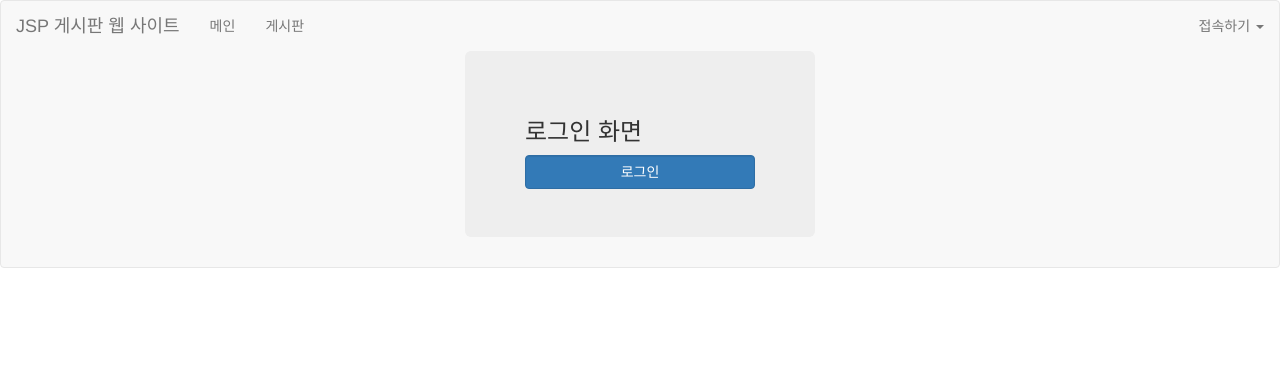
Repository: GorillaDunk/JSP
Page: http://localhost/BBS/login.jsp
An editor plug-in stored every save of this project. The page is shown before and after the next save, followed by the edit.
The browser window is 1280 px wide. The pictures show the whole page.
Some web libraries are served in a nearby version. The page is served by Tomcat 9. Other server files are loaded and not shown.

Above is the page before, as saved 2023-10-14 04:33:37.

### projects/BBS/src/main/webapp/login.jsp
<%@ page language="java" contentType="text/html; charset=UTF-8"
    pageEncoding="UTF-8"%>
<!DOCTYPE html>
<html>
<head>
	<meta charset="UTF-8">
	<meta name="viewport" content="width=device-width", initial-scale="1">
	<link rel="stylesheet" href="css/bootstrap.css">
	<title>JSP 게시판 웹 사이트</title>
</head>
<body>

	<nav class="navbar navbar-default">
		<div class="navbar-header">
			<button type="button" class="navbar-toggle collapsed"
				data-toggle="collapse" data-target="#bs-example-navbar-collapse-1" aria-expanded="false">
				<!-- 이 녀석이 오른쪽에 화면을 줄였을 때 나오는 줄 -->
				<span class="icon-bar"></span>
				<span class="icon-bar"></span>
				<span class="icon-bar"></span>
			</button>
		<a class="navbar-brand" href="main.jsp"> JSP 게시판 웹 사이트 </a>
		</div>



		<div class="collapse navbar-collapse" id="bs-example-navbar-collapse-1">
			<ul class="nav navbar-nav">
				<li> <a href="main.jsp">메인</a></li>
				<li> <a href="bbs.jsp">게시판</a></li>
			</ul>

			<ul class="nav navbar-nav navbar-right">
				<li class="dropdown">
					<a href="#" class="dropdown-toggle"
					data-toggle="dropdown" role="button" aria-haspopup="true" aria-expanded="false"> 접속하기 <span class="caret"></span></a>

					<ul class="dropdown-menu">
						<li class="active"><a href="login.jsp">로그인</a></li>
						<li> <a href="join.jsp">회원가입</a></li>
					</ul>
				</li>
			</ul>
		</div>

	<div class="container">
		<div class="col-lg-4"></div>
			<div class="col-lg-4">
				<div class="jumbotron" style="padding=top:20px;">
					<form method="post" action="loginAction.jsp">
						<h3 style="text-align": center> 로그인 화면</h3>
						<div class="form-group>
							<input type="text" class="form-control" placeholder="아이디" name="userID" maxlength="20">
						</div>
						<div class="form-group>
							<input type="password" class="form-control" placeholder="비밀번호" name="userPassword" maxlength="20">
						</div>
						<input type="submit" class="btn btn-primary form-control" value="로그인">
					</form>
				</div>
			</div>
	</div>



	</nav>


	<script src="https://code.jquery.com/jquery-3.1.1.min.js"></script>
	<script src="js/bootstrap.js"></script>


</body>
</html>

Loaded but not shown: projects/BBS/src/main/webapp/css/bootstrap.css (library); projects/BBS/src/main/webapp/js/bootstrap.js (library)

After the next save:
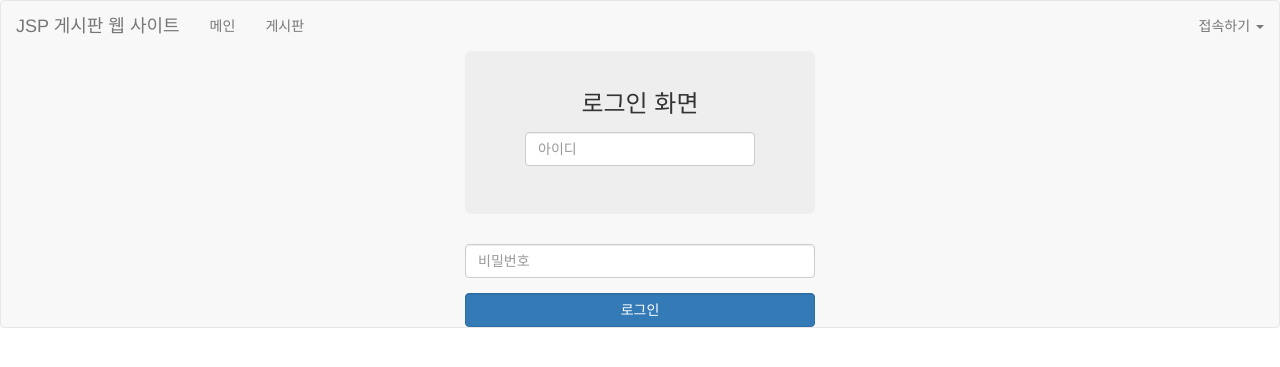
Saved 8 min 52 s later.
--- a/projects/BBS/src/main/webapp/login.jsp
+++ b/projects/BBS/src/main/webapp/login.jsp
@@ -46,13 +46,13 @@
 	<div class="container">
 		<div class="col-lg-4"></div>
 			<div class="col-lg-4">
-				<div class="jumbotron" style="padding=top:20px;">
+				<div class="jumbotron" style="padding-top:20px;">
 					<form method="post" action="loginAction.jsp">
-						<h3 style="text-align": center> 로그인 화면</h3>
-						<div class="form-group>
+						<h3 style="text-align: center"> 로그인 화면</h3>
+						<div class="form-group"></div>
 							<input type="text" class="form-control" placeholder="아이디" name="userID" maxlength="20">
 						</div>
-						<div class="form-group>
+						<div class="form-group">
 							<input type="password" class="form-control" placeholder="비밀번호" name="userPassword" maxlength="20">
 						</div>
 						<input type="submit" class="btn btn-primary form-control" value="로그인">
